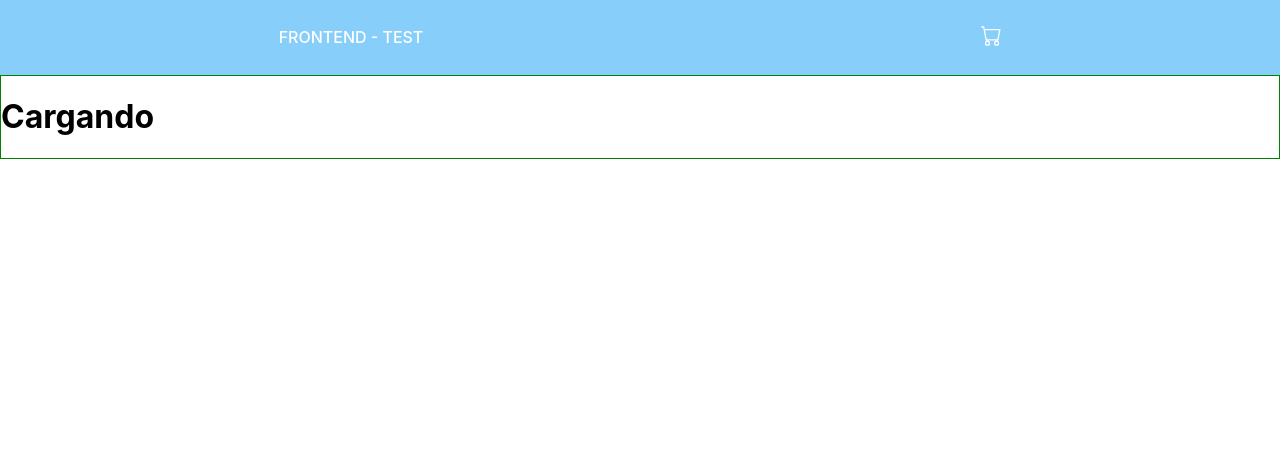
Repository: banchiec/atInditex
Page: /
These files come from the project's save history. The page is drawn as it stood at one moment and after the next save; the edit follows.
The browser window is 1280 px wide. The pictures show the whole page.
The page's requests for data from a server got no answer. The project was rebuilt for these pictures with package versions that can differ from the ones it lists, and the page was loaded fresh each time. No one was signed in, and anything a server would have sent is missing. Also part of the build but not shown: src/components/Cards/CardProductItem/CardProductItem.js.

Above is the page before, as saved 2022-09-03 13:10:55.

### src/App.js
import {BrowserRouter as Router, Routes, Route } from 'react-router-dom'
import * as path from './utils/paths'
import Header from './components/Header/Header';
import ProductsScreen from './screen/ProductsScreen/ProductsScreen';
import { useEffect, useState } from 'react';
import { getProducts } from './utils/products/products.utils';
import { getWithExpiry } from './utils/localStorage';

function App() {
  const [products, setProducts] = useState([])
  useEffect(()=>{
    getProducts()
    setProducts(getWithExpiry('products'))
  },[])

  console.log(products);

  return (
    <Router>
      <Header/>
      <Routes>
        <Route path={path.PRODUCTPAGE} element={<ProductsScreen/>} />
        <Route path={path.DETAILSPAGE} element={<ProductsScreen/>} />
      </Routes>
    </Router>
  );
}

export default App;

### src/utils/paths.js
export const PRODUCTPAGE= '/'
export const DETAILSPAGE= '/product/details/:id'

### src/components/Header/Header.js
import { Link } from "react-router-dom"
import {BsCart} from 'react-icons/bs'
import * as path from '../../utils/paths'
import { ContainerHeader } from "./headerStyled"

const Header = () => {
  return(
    <ContainerHeader>
      <div>
        <Link to={path.PRODUCTPAGE}>
          FRONTEND - TEST
        </Link>
      </div>
      <div>
        <BsCart/>
      </div>
    </ContainerHeader>
  )
}
export default Header

### src/screen/ProductsScreen/ProductsScreen.js
import { useEffect, useState } from "react"
import { ContainerProducts } from "./styles/productScreenStyled"
import { getWithExpiry } from "../../utils/localStorage"
import CardProductItem from "../../components/Cards/CardProductItem/CardProductItem"

const ProductsScreen = () => {
  const [products, setProducts] = useState(null)
  const [alert, setAlert] = useState(null)

  console.log(getWithExpiry('products'));

  useEffect(()=> {
    setTimeout(() => {
      setProducts(getWithExpiry('products'));
    }, 3000);
  },[])

  useEffect(() => {
    setTimeout(() => {
      if(getWithExpiry('products') === null){
        setAlert(
          <div>
            <h1>Es necesario volver a solicitar la información</h1>
          </div>
        )
        setProducts([])
      }
    }, 100000)
  },[])

  return (
    <ContainerProducts>
      { !products ? (
        <h1>Cargando</h1>
      ):(
        products?.map((item) => {
          return (
            <CardProductItem
              key={item.id}
              imgUrl={item.imgUrl}
              brand={item.brand}
              model={item.model}
              price={item.price}
            />
          )
      })) }
      {alert}
    </ContainerProducts>
  )
}

export default ProductsScreen

### src/utils/products/products.utils.js
import ProductsService from "../../services/product.services"
import { setWithExpiry } from "../localStorage"
const productService = new ProductsService()

export const getProducts = () => {
	productService.getProducts()
		.then((data)=> {
			setWithExpiry('products', JSON.stringify(data.data), 9000)
		})
		.catch((error) => console.log(error))
}

### src/utils/localStorage.js
export const setWithExpiry = (key, value, ttl) =>  {
	const now = new Date()
	const item = {
		value: value,
		expiry: now.getTime() + ttl,
	}
	localStorage.setItem(key, JSON.stringify(item))
}

export const getWithExpiry = (key) =>  {
	const itemStr =  localStorage.getItem(key)
	if (!itemStr) {
		return null
	}
	const item = JSON.parse(itemStr)
	const now = new Date()
	if (now.getTime() > item.expiry) {
		localStorage.removeItem(key)
		return null
	}
	return  JSON.parse( item.value)
}

### src/components/Header/headerStyled.js
import styled from "styled-components";

export const ContainerHeader = styled.header`
  display: flex;
  justify-content: space-around;
  align-items: center;
  background: #87CEFA;
  padding: 25px 0;
  border: 1px solid greee;
  a {
    text-decoration: none;
    color: #ffff;
    font-weight: 500;
  }
  svg {
    font-size: 1.3rem;
    color: #ffff;
  }
`

### src/screen/ProductsScreen/styles/productScreenStyled.js
import styled from "styled-components";
export const ContainerProducts =  styled.div`
  border: 1px solid green;
`

### src/services/product.services.js
import axios from 'axios'

class ProductsService {
	constructor() {
		this.instance = axios.create({
			baseURL: `https://front-test-api.herokuapp.com/api/product`,
			withCredentials: false
		})
	}
	deleteProduct = (id) => this.instance.delete(`/${id}`)
	getProducts = () => this.instance.get("/")
	getOneProduct = (id) => this.instance.get(`/${id}`)
	createProduct = (form) => this.instance.post("/new", form)


}
export default ProductsService;

### src/components/Loaders/Loader.js
import './styles/loader.css'

const Loader = () => {
	return(
		<div class="progress_bar animate-loader">
			<div class="progress_bar__content">
				<div class="progress_bar__wrapper">
					<div class="progress_bar__viewer">
						<div class="progress_bar__shimmer"></div>
					</div>
				</div>
				<div class="progress_bar__state" data-start="Sending Request" data-middle="Validating" data-end="Almost there!"></div>
			</div>
		</div>
	)
}
export default Loader

### src/components/Loaders/styles/loader.css
.progress_bar {
  font-family: Arial;
  position: fixed;
  left: 0;
  bottom: 0;
  display: flex;
  width: 100%;
  align-items: center;
  justify-content: center;
  background: white;
  top: 60px;
  z-index: 999;
  height: calc(100vh - 60px);
}
.progress_bar__wrapper {
  overflow: hidden;
  border-radius: 15px;
  width: 250px;
  background-color: #c4c4c4;
  overflow: hidden;
}
.progress_bar__viewer {
  background: #17997B;
  border-radius: 4px;
  height: 4px;
  transform: scaleX(0);
  transform-origin: 0 0;
}
.progress_bar.animate-loader .progress_bar__viewer {
  animation: FillAnimation 6s cubic-bezier(0.01, 1.06, 0.71, 1) forwards infinite;
}
.progress_bar.animate-loader .progress_bar__state::before {
  content: '';
  animation: TextChange 6s infinite;
}
.progress_bar__content {
  display: flex;
  flex-direction: column;
}
.progress_bar__state {
  margin-top: 24px;
  text-align: center;
  font-size: 14px;
  line-height: 1.5;
  font-weight: bold;
  color: #155366;
}
@keyframes FillAnimation {
  0% {
    transform: scaleX(0.028);
  }
  10% {
    transform: scaleX(0.028);
  }
  20% {
    transform: scaleX(0.028);
  }
  25% {
    transform: scaleX(0.24);
  }
  35% {
    transform: scaleX(0.24);
  }
  45% {
    transform: scaleX(0.24);
  }
  50% {
    transform: scaleX(0.624);
  }
  60% {
    transform: scaleX(0.624);
  }
  70% {
    transform: scaleX(0.624);
  }
  75% {
    transform: scaleX(0.928);
  }
  85% {
    transform: scaleX(0.928);
  }
  95% {
    transform: scaleX(0.928);
  }
  100% {
    transform: scaleX(1);
  }
}
@keyframes TextChange {
  0% {
    content: attr(data-start);
  }
  24% {
    content: attr(data-start);
  }
  25% {
    content: attr(data-middle);
  }
  99% {
    content: attr(data-middle);
  }
  100% {
    content: attr(data-end);
  }
}

Loaded but not shown: public/index.html (common file); src/index.js (common file); src/index.css (common file); src/reportWebVitals.js (common file)

After the next save:
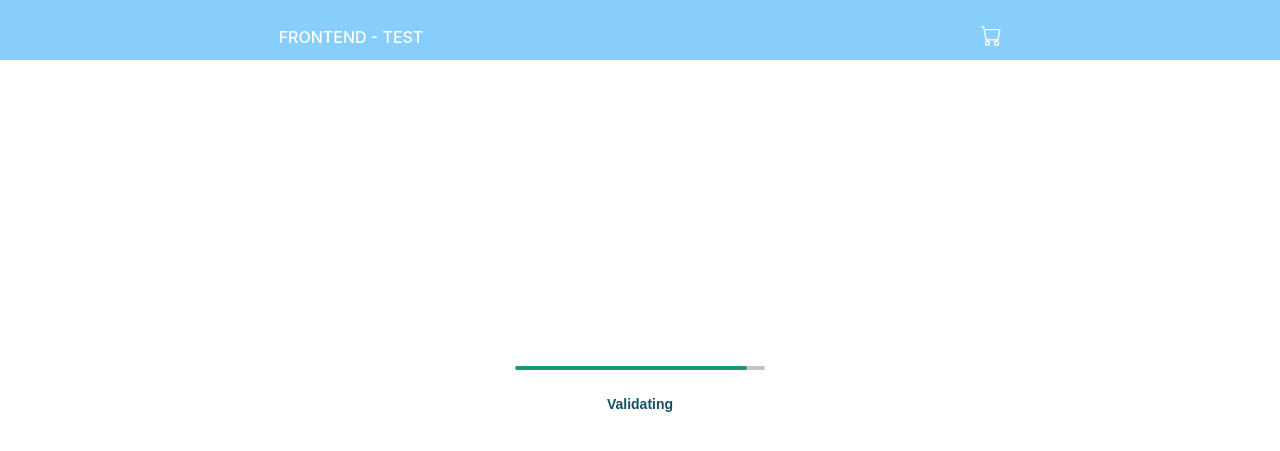
Saved 12 s later.
--- a/src/screen/ProductsScreen/ProductsScreen.js
+++ b/src/screen/ProductsScreen/ProductsScreen.js
@@ -2,6 +2,7 @@ import { useEffect, useState } from "react"
 import { ContainerProducts } from "./styles/productScreenStyled"
 import { getWithExpiry } from "../../utils/localStorage"
 import CardProductItem from "../../components/Cards/CardProductItem/CardProductItem"
+import Loader from "../../components/Loaders/Loader"
 
 const ProductsScreen = () => {
   const [products, setProducts] = useState(null)
@@ -31,7 +32,7 @@ const ProductsScreen = () => {
   return (
     <ContainerProducts>
       { !products ? (
-        <h1>Cargando</h1>
+        <Loader/>
       ):(
         products?.map((item) => {
           return (
